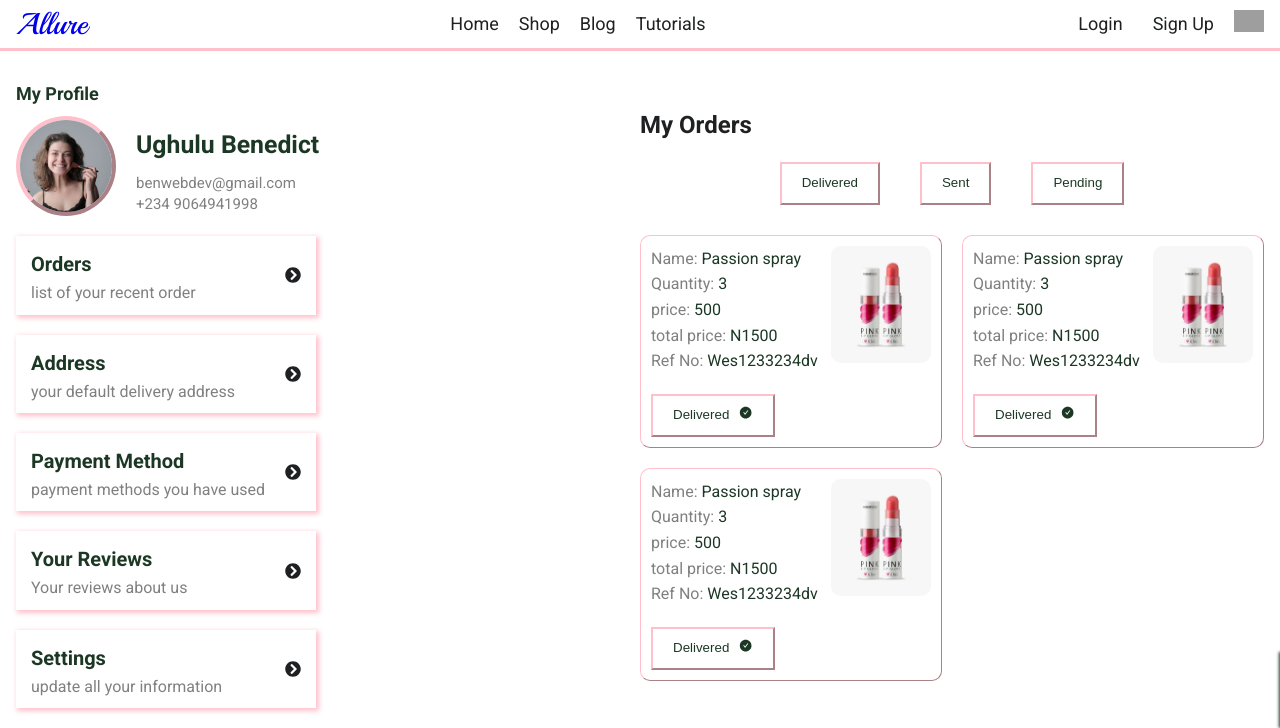
Repository: Benedict-Anthony/Allure-E-commerce-React-Js
Page: /account
These files come from the project's save history. The page is drawn as it stood at one moment and after the next save; the edit follows.
The browser window is 1280 px wide. The pictures show the whole page.
Pictures or frames that could not be fetched are drawn as grey boxes. The page's requests for data from a server got no answer. The project was rebuilt for these pictures with package versions that can differ from the ones it lists, and the page was loaded fresh each time. No one was signed in, and anything a server would have sent is missing. Also part of the build but not shown: src/App.css, src/css/card.css, src/shared/Card.tsx, src/scripts/landing.ts, src/css/landing.css, src/components/Landing.tsx, src/css/courses.css, src/shared/Course.tsx and 19 more.

Above is the page before, as saved 2023-02-04 01:06:25.

### src/index.css
@import url('https://fonts.googleapis.com/css2?family=Great+Vibes&family=Playball&family=Roboto:wght@300;400;700&display=swap');


:root {
  --primary-color: pink;
  --secondary-color: #1c3825;
  --text-color: #1f2021;
  --basic: #fff;
  --fontSize: 18px;

}


*,
*::after,
*::before {
  padding: 0;
  margin: 0;
  box-sizing: border-box;
  line-height: 1.4em;
  transition: all .3s linear;
  list-style: none;
  text-decoration: none;
}

html {
  scroll-behavior: smooth;
}

body {
  width: 100%;
  background-color: var(--basic);
  color: var(--text-color);
  font-family: 'Roboto', sans-serif;
}

.container {
  padding: 0 1rem;
  overflow: hidden;
  height: auto;
}

.button {
  display: inline-block;
  padding: 10px 20px;
  color: var(--basic);
  margin-top: 20px;
  background-color: var(--secondary-color);
  border: 2px solid var(--fontSize);
  border-radius: 6px;
}

.flex {
  display: flex;
  justify-content: space-between;
  align-items: center;
}

.flex-center {
  justify-content: center;
}

.flex-row {
  flex-direction: column;
}


.swiper {
  width: 100%;
  height: 100%;
}

.swiper-slide {
  text-align: center;
}


.grid {
  display: grid;
  grid-template-columns: repeat(auto-fit, minmax(12rem, 2fr));
  justify-content: space-between;
  align-items: flex-start;
  gap: 20px;
}


.btn {
  display: inline-block;
  background-color: var(--text-color);
  color: var(--basic);
  font-size: 16px;
  font-family: inherit;
  margin-top: 10px;
  border: 1px solid var(--basic);
  padding: 10px 20px;
  border-radius: 8px;
}

.section {
  margin-top: 20px;
}

.togglebar,
.close {
  display: none;
}

.wrapper {
  max-width: 960px;
  margin: 0 auto;
}

.strike {
  text-decoration: line-through;
  color: var(--secondary-color);
  font-size: 10px;
}




@media(max-width:1024px) {
  /* .grid {
    grid-template-columns: repeat(3, 1fr);
  } */
}


@media(max-width:768px) {

  .container {
    padding: 0 1.3rem;
    overflow: hidden;
    height: auto;
  }

  /* .flex {
    flex-direction: column;
  } */

  /* .grid {
    grid-template-columns: repeat(2, 1fr);
  } */


  /* .togglebar,
  .close {
    display: block;
  } */
}

@media(max-width:500px) {

  /* .flex {
    display: grid;
    grid-template-columns: 1fr 1fr;
  } */

  .grid {
    grid-template-columns: 1fr 1fr;
  }
}

### src/App.tsx
import React from 'react';
import './App.css';
import { BrowserRouter, Routes, Route } from "react-router-dom"
import { ProductProvider } from './contexts/ProductContext';


import Home from './pages/Home';
import Shop from './pages/Shop';
import Header from './components/Header';
import { LessonProvider } from './contexts/LessonContext';
import Tutorials from './pages/Tutorials';
import ProductDetail from './pages/ProductDetail';
import CourseDetail from './pages/CourseDetail';
import Login from './pages/Login';
import SignIn from './pages/SignIn';
import Account from './pages/Account';
import ButtonNav from './components/ButtonNav';

function App() {
  return (
    <BrowserRouter>
      <LessonProvider>
        <ProductProvider>
          <Header />
          <Routes>
            <Route path={"/"} element={<Home />} />
            <Route path='/login' element={<Login />} />
            <Route path='/sign-in' element={<SignIn />} />
            <Route path='/account' element={<Account />} />
            <Route path={"/shop"} element={<Shop />} />
            <Route path={"/tutorials"} element={<Tutorials />} />
            <Route path={"/product/:slug"} element={<ProductDetail />} />
            <Route path={"/course/:slug"} element={<CourseDetail />} />
          </Routes>
          <ButtonNav />
        </ProductProvider>
      </LessonProvider>
    </BrowserRouter>
  );
}

export default App;

### src/contexts/ProductContext.tsx
import React from "react"
import { createContext,  useReducer, useEffect } from 'react';
import { childrenProps, ProductContextInterface } from "../types/contextTypes"
import { initialProductInterface } from "../types/reducerTypes"
import { productReducer } from "../reducers/productReducers";
import getData from "../utils/fetchFunc";
import { ProductType } from "../reducers/productReducers";
import { LessonType } from "../reducers/lessonReducer";


const ProductContext = createContext({} as ProductContextInterface)

export const ProductProvider = ({ children }: childrenProps) => {
    const initialState: initialProductInterface = {
        products: [],
        lessonAssets:[],
        product:{},
        isFetching: true,
        rltd:[]
    }
    const [state, dispatch] = useReducer(productReducer, initialState)
    const fetchProductData = async () => {
        const data = await getData("products")
        dispatch({type:ProductType.LOAD_PRODUCTS, payload:data})
    }

    const getSingleProduct = async (slug:number | string | undefined) => {
        const data = await getData("products", slug)
        const rltdData = await getData(`products/${slug}/category`)
        dispatch({type:ProductType.LOAD_PRODUCT_DETAIL, payload:data, others:rltdData})
    }

   const getLessonAssets = async (slug : string | undefined) => {
       const data = await getData(`lessons/${slug}/assets`)
       dispatch({type:LessonType.LOAD_LESSON_DETAIL_ASSETS, others:data})
   }

    useEffect(() => {
        fetchProductData()
    },[])
    return (

        <ProductContext.Provider value={{
            data: state,

            getSingleProduct,
            getLessonAssets,
        }}>
        {children}
    </ProductContext.Provider>
        )
}


export default ProductContext

### src/components/Header.tsx
import React, { useState } from 'react'
import { FaBars, FaTimes } from 'react-icons/fa'
import { Link } from 'react-router-dom'
import { Navigations } from '../scripts/topNavItems';
import cart from "../assets/cart.png";
import "../css/header.css"

const Header = () => {
  const [activeMenu, setActiveMenu] = useState(false)

  return (
    <header>
      <div className="container">
        <nav className="nav__items">
          <div className="logo">
            <Link to={"/"}>Allure</Link>
          </div>

          <ul className={`nav_links flex ${activeMenu && "active"} `}>
            {Navigations.map((item) => (
              <li key={item.id}>
                {item.page ? <Link to={`/${item.to}`}>{item.name}</Link> : <a href={`#${item.to}`}>{item.name}</a>}
              </li>
            ))}
            <FaTimes className="close" onClick={() => setActiveMenu(false)} />
          </ul>

          <ul className="nav_icons">

            <li><Link to={"login"}>Login</Link></li>
            <li><Link to={"sign-in"}>Sign Up</Link></li>
            <div className="cart">
              <img src={cart} alt="" />

            </div>
            <FaBars className="togglebar" onClick={() => setActiveMenu(true)} />
          </ul>
        </nav>
      </div>
    </header>
  )
}

export default Header

### src/contexts/LessonContext.tsx
import { createContext, useEffect, useReducer } from "react";
import lessonReducer from "../reducers/lessonReducer";
import { initialLessonInterface } from '../types/reducerTypes';
import { childrenProps, LessonContextInterface } from '../types/contextTypes';
import getData from "../utils/fetchFunc";
import { LessonType } from '../reducers/lessonReducer';
const LessonContext = createContext({} as LessonContextInterface)

export const LessonProvider = ({ children }: childrenProps) => {
    const initialState:initialLessonInterface = {
        lessons:[],
        count: 0,
        lesson:{}
    }

    const [state, dispatch] = useReducer(lessonReducer, initialState)

    async function fetchLessonData() {
        const data = await getData("lessons")
        dispatch({type:LessonType.LOAD_LESSONS, payload:data})
    }

    const getLessonDetails = async (slug:string |undefined) => {
        const data = await getData(`lessons/${slug}`)
        dispatch({ type:LessonType.LOAD_LESSON_DETAIL, payload:data})
    }

    useEffect(() => {
      fetchLessonData()
    },[])
    return (
        <LessonContext.Provider value={{
            data:state,
            getLessonDetails
            }}>
            {children}
        </LessonContext.Provider>
    )
}

export default LessonContext

### src/pages/Account.tsx
import React from 'react'
import Profile from '../components/Profile'
import Orders from '../components/Orders'
import Address from '../components/Address'
import Reviews from '../components/Reviews'
import Settings from '../components/Settings'

const Account = () => {
    return (
        <main className="container section">
            <Profile
                orders={Orders}
                address={Address}
                reviews={Reviews}
                setttings={Settings}
            />
        </main>
    )
}

export default Account

### src/components/ButtonNav.tsx
import React from 'react'
import { AiOutlineHome, AiOutlineUser } from "react-icons/ai"
import { BiShoppingBag, BiLogIn } from "react-icons/bi"
import { MdOutlinePlayLesson } from "react-icons/md"
import { GrBlog } from "react-icons/gr"
import { Link } from 'react-router-dom'




const ButtonNav = () => {
    return (
        <nav className="nav__bottom">
            <ul>
                <li><Link to={"/"}><AiOutlineHome /></Link></li>
                <li><Link to={"/shop"}><BiShoppingBag /></Link></li>
                <li><Link to={"/tutorials"}><MdOutlinePlayLesson /></Link></li>
                <li><Link to={"/blog"}><GrBlog /></Link></li>
                <li><Link to={"/account"}><AiOutlineUser /></Link></li>
            </ul>
        </nav>
    )
}

export default ButtonNav

### src/reducers/productReducers.tsx
import { actionInterface, initialProductInterface } from "../types/reducerTypes";
import { LessonType } from "./lessonReducer";
export const ProductType = {
    LOAD_PRODUCTS: "LOAD_PRODUCTS",
    LOAD_PRODUCT_DETAIL:"LOAD_PRODUCT_DATAIL"
}
export const productReducer = (state:initialProductInterface, action:actionInterface) => {
    switch (action.type) {
        case ProductType.LOAD_PRODUCTS:
            return {
                ...state,
                products: action.payload,
                isFetching:false,
            }
        case ProductType.LOAD_PRODUCT_DETAIL:
            return {
                ...state,
                product: action.payload,
                rltd:action.others
            }
        case LessonType.LOAD_LESSON_DETAIL_ASSETS:
            return {
                ...state,
                lessonAssets:action.others
            }
        default:
            return state
    }
}

### src/utils/fetchFunc.tsx
const getData = async (endpoint: string, slug?: number | string | null) => {
    if (slug) {
        const response = await fetch(`http://127.0.0.1:8000/api/${endpoint}/${slug}`)
        const data = await response.json()
        return data
    } else {
        const response = await fetch(`http://127.0.0.1:8000/api/${endpoint}/`)
        const data = await response.json()
        return data
    }

}


export default getData

### src/reducers/lessonReducer.tsx
import { initialLessonInterface, actionInterface } from '../types/reducerTypes';

export const LessonType = {
    LOAD_LESSONS: "LOAD_LESSONS",
    LOAD_LESSON_DETAIL:"LOAD_DETAILS",
    LOAD_LESSON_DETAIL_ASSETS:"LOAD_LESSON_DETAIL_ASSETS"
}

const lessionReducer = (state:initialLessonInterface, action:actionInterface) => {
    switch (action.type) {
        case LessonType.LOAD_LESSONS:
            return {
                ...state,
                lessons:action.payload,
                count:1
            }
        case LessonType.LOAD_LESSON_DETAIL:
            return {
                ...state,
                lesson:action.payload
            }

        default:
            return state
    }
}


export default lessionReducer

### src/scripts/topNavItems.ts
export const Navigations = [
    {
        id: 1,
        name: "home",
        to: "",
        page: true,
    },
    // {
    //     id: 2,
    //     name: "courses",
    //     to: "courses",
    //     page: false,

    // },
    // {
    //     id: 3,
    //     name: "arrivals ",
    //     to: "products",
    //     page: false,

    // },
    {
        id: 4,
        name: "shop",
        to: "shop",
        page: true,
    },

    {
        id: 5,
        name: "blog",
        to: "blog",
        page: true,

    },
    {
        id: 6,
        name: "tutorials",
        to: "tutorials",
        page: true,


    },
]


export const Courses = [
    {
        id: 1,
        name: "courses",
        count: 100
    },

    {
        id: 2,
        name: "student",
        count: 150
    },

    {
        id: 3,
        name: "experience Tutors",
        count: 100
    },

    {
        id: 4,
        name: "beauty project",
        count: 200
    },
]

### src/css/header.css
header {
    padding: 3px 0px;
    /* background-color: var(--primary-color); */
    border-bottom: 3px solid var(--primary-color);
    /* osition: fixed;
    top: 0;
    width: 100%;
    z-index: 10;p */
}

header nav {
    display: flex;
    justify-content: space-between;
    align-items: center;
}

header nav .logo {
    font-size: 30px;
    /* font-family: 'Great Vibes', cursive;
     */
    font-family: 'Playball', cursive;
}

header nav li {
    position: relative;
    margin: 0 10px;
}

header nav li::after {
    content: '';
    width: 0;
    height: 2px;
    background: linear-gradient(to right, var(--secondary-color), var(--primary-color));
    position: absolute;
    bottom: 0;
    left: 0;
}

header nav li:hover::after {
    width: 100%;
}

header nav ul li a {
    color: var(--text-color);
    font-size: var(--fontSize);
    text-transform: capitalize;
}

header .cart {
    width: 30px;
}

header .cart img {
    width: 100%;
}



.nav_icons {
    display: flex;
    align-items: center;
    justify-content: space-around;
    column-gap: 10px;
}



.nav_icons svg {
    color: var(--secondary-color);
    font-size: 20px;
    margin: 0 2px;
}


.nav__bottom {
    display: block;
    width: 100%;
    margin: auto;
    margin-top: 40px;
    position: fixed;
    bottom: 0;
    left: 100%;
    background-color: var(--basic);
    padding: 15px 0;
    box-shadow: 3px 4px 3px 4px var(--secondary-color);
}

.nav__bottom ul {
    display: flex;
    align-items: center;
    justify-content: center;
}

.nav__bottom ul li {
    margin: 0 20px;
}

.nav__bottom ul li svg {
    color: var(--secondary-color);
    font-size: 2rem;
    font-weight: 700;
}

@media(max-width:768px) {
    header nav .nav_links {
        position: absolute;
        top: -100vh;
        right: 0;
        width: 80%;
        background-color: var(--basic);
        border-left: 3px solid var(--primary-color);
        height: 100vh;
        z-index: 10;
        justify-content: flex-start;
        align-items: flex-start;
        gap: 30px;
        padding-left: 50px;
        padding-top: 50px;
        display: none;

    }

    .nav_icons li {
        display: none;
    }

    header nav .nav_links.active {
        top: 0;
    }

    .close {
        position: absolute;
        top: 7px;
        left: .6rem;
        font-weight: 100;
        font-size: 25px;
        color: var(--secondary-color);
    }

    .nav__bottom {
        left: 0;
    }

}

### src/shared/Button.tsx
import React from 'react'
import { ReactNode } from "react"

import "../css/button.css"
type ButtonProps = {
    children:ReactNode,
    type:"button" | "submit",
    hanldleOnclick?: () => void
}
const Button = ({children, type, hanldleOnclick}:ButtonProps) => {
  return (
    <button type={type} onClick={hanldleOnclick}> {children} </button>
  )
}

export default Button

### src/components/Orders.tsx
import React, { useState } from 'react'
import Button from '../shared/Button'
import img from "../assets/arrival-1.jpg"

import { BsFillBagCheckFill } from "react-icons/bs"
import { MdPendingActions } from 'react-icons/md'
import { AiFillCheckCircle } from 'react-icons/ai'


const Orders = () => {
    const [orderStatus, setOrderStatus] = useState<"delivered" | "sent" | "pending">("delivered")

    // if (orderStatus === "delivered"){}
    return (
        <>
            <h1>My Orders</h1>

            <div className="order_status__button">
                <Button type='button' hanldleOnclick={() => setOrderStatus("delivered")}>
                    Delivered
                </Button>

                <Button type='button' hanldleOnclick={() => setOrderStatus("sent")}>
                    Sent
                </Button>

                <Button type='button' hanldleOnclick={() => setOrderStatus("pending")}>
                    Pending
                </Button>
            </div>

            {orderStatus === "delivered" ? (
                <div className="order_status_details">
                    {[1, 2, 3].map((idx) => (

                        <article key={idx}>
                            <div>
                                <p>Name: <span>Passion spray</span> </p>
                                <p>Quantity: <span>3</span> </p>
                                <p>price: <span>500</span> </p>
                                <p>total price: <span>N1500</span> </p>
                                <p>Ref No: <span>Wes1233234dv</span> </p>
                                <Button type='button'>
                                    Delivered
                                    <AiFillCheckCircle />
                                </Button>

                            </div>
                            <img src={img} alt="" />


                        </article>
                    ))}
                </div>) :
                orderStatus === "pending" ? (
                    <div className="order_status_details">
                        {[1, 2, 3].map((idx) => (

                            <article key={idx}>
                                <div>
                                    <p>Name: <span>Passion spray</span> </p>
                                    <p>Quantity: <span>3</span> </p>
                                    <p>price: <span>500</span> </p>
                                    <p>total price: <span>N1500</span> </p>
                                    <p>Ref No: <span>Wes1233234dv</span> </p>
                                    <Button type='button'>
                                        Pending
                                        <MdPendingActions />
                                    </Button>
                                </div>

                                <img src={img} alt="" />


                            </article>
                        ))}
                    </div>) :
                    orderStatus === "sent" && (
                        <div className="order_status_details">
                            {[1, 2, 3].map((idx) => (

                                <article key={idx}>
                                    <div className='flex'>
                                        <div>
                                            <p>Name: <span>Passion spray</span> </p>
                                            <p>Quantity: <span>3</span> </p>
                                            <p>price: <span>500</span> </p>
                                            <p>total price: <span>N1500</span> </p>
                                            <p>Ref No: <span>Wes1233234dv</span> </p>
                                            <Button type='button'>
                                                sent
                                                <BsFillBagCheckFill />
                                            </Button>
                                        </div>

                                    </div>
                                    <img src={img} alt="" />


                                </article>
                            ))}
                        </div>)}








        </>
    )
}

export default Orders

### src/css/button.css
button {
    display: block;
    margin-top: 20px;
    padding: 10px 20px;
    color: var(--secondary-color);
    background-color: var(--basic);
    border: 2px outset var(--primary-color)
}

button:hover {
    transform: scale(.98);
    transition: .4s cubic-bezier(0.165, 0.84, 0.44, 1);
    cursor: pointer;
    /* z-index: 10; */
}

@media(max-width:700px) {
    button {
        width: 100%;
    }
}

### src/scripts/account.ts
export const accounts = [
    {
        id: 1,
        component: "orders",
        state:"orders",
        description:"list of your recent order"
    },
    {
        id: 2,
        component: "Address",
        state:"address",
        description:"your default delivery address"
    },
    {
        id: 3,
        component: "payment method",
        state:"payment",
        description:"payment methods you have used"
    },
    {
        id: 4,
        component: "your reviews",
        state:"reviews",
        description:"Your reviews about us"
    },
    {
        id: 5,
        component: "settings",
        state:"settings",
        description:"update all your information"
    },
]

Loaded but not shown: public/index.html (common file); src/index.tsx (common file); src/css/account.css (248 lines, source omitted); src/components/Profile.tsx (71 lines, source omitted)

After the next save:
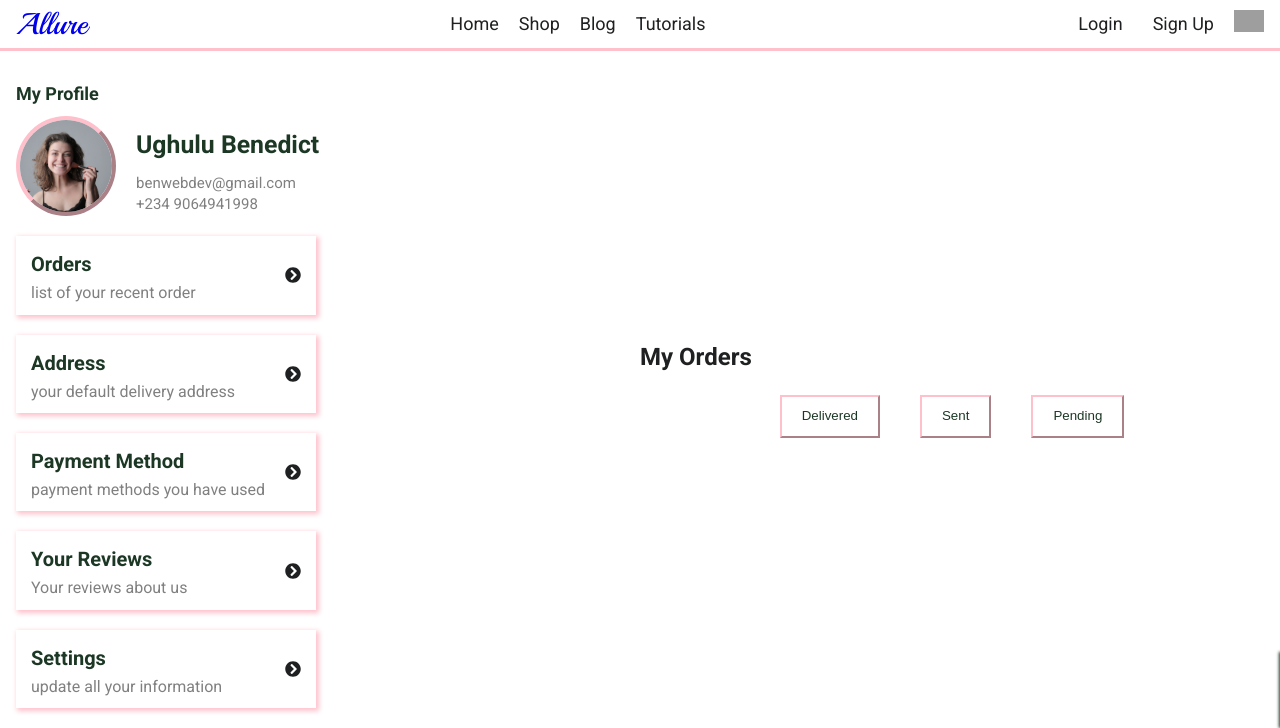
Saved 2 min 49 s later.
--- a/src/components/Orders.tsx
+++ b/src/components/Orders.tsx
@@ -8,7 +8,7 @@
 
 
 const Orders = () => {
-    const [orderStatus, setOrderStatus] = useState<"delivered" | "sent" | "pending">("delivered")
+    const [orderStatus, setOrderStatus] = useState<"delivered" | "sent" | "pending" | "">("")
 
     // if (orderStatus === "delivered"){}
     return (

After the save that followed:
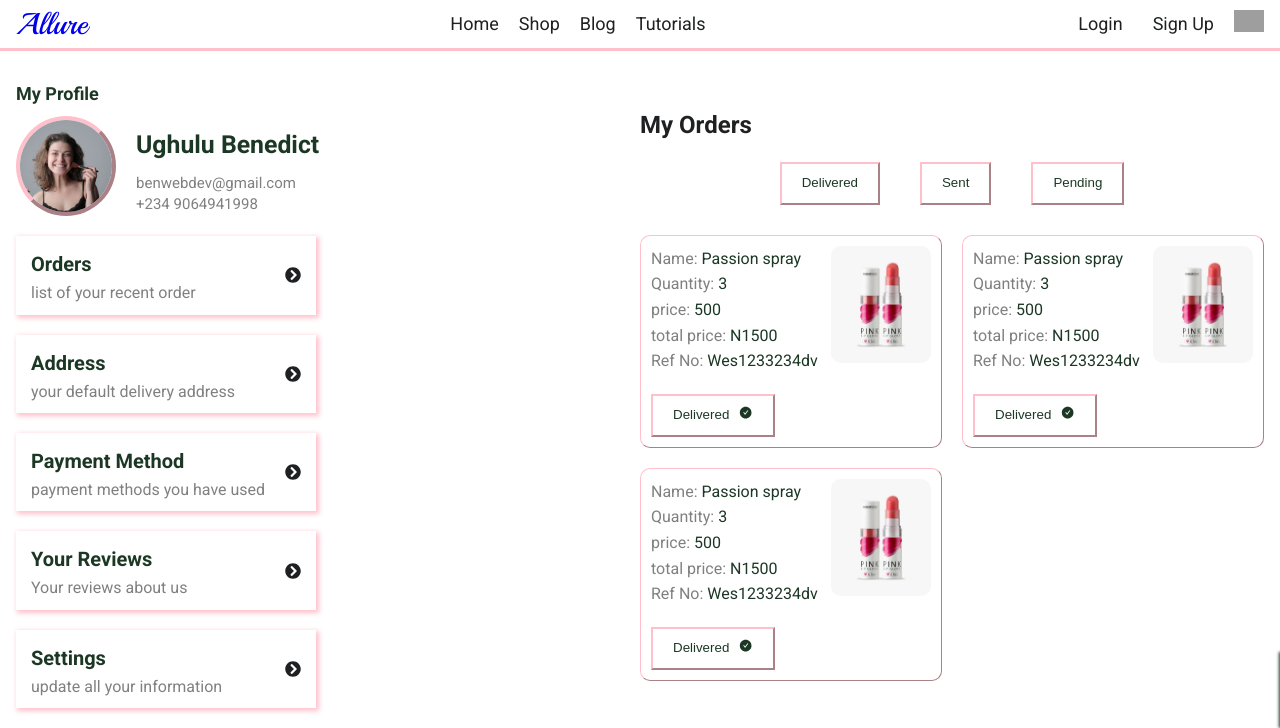
Saved 3 min 8 s later.
--- a/src/components/Orders.tsx
+++ b/src/components/Orders.tsx
@@ -8,7 +8,7 @@
 
 
 const Orders = () => {
-    const [orderStatus, setOrderStatus] = useState<"delivered" | "sent" | "pending" | "">("")
+    const [orderStatus, setOrderStatus] = useState<"delivered" | "sent" | "pending">("delivered")
 
     // if (orderStatus === "delivered"){}
     return (
